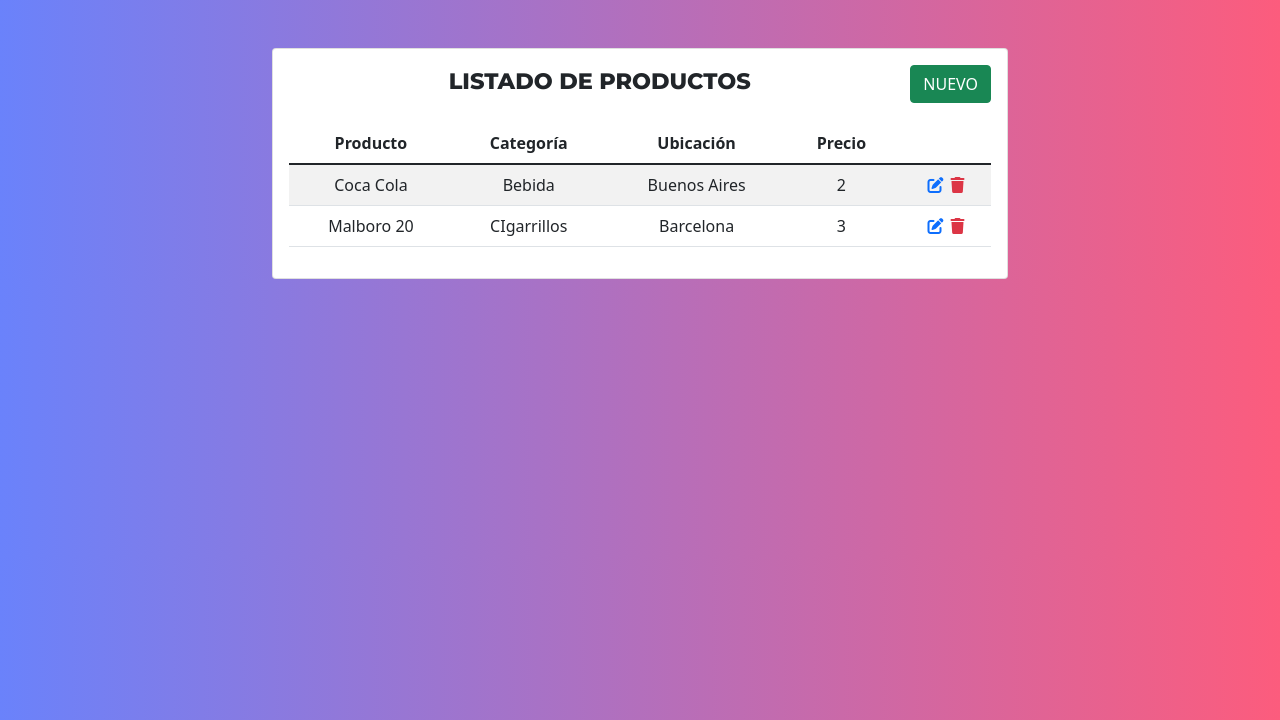
Repository: vivianaleivagalvez/crud_angular
Page: /
The author's editor kept a copy of each file at every save. The page is drawn from the files as they stood at one save, then again after the next save.
The browser window is 1280 px wide. The pictures show the whole page.
The project was rebuilt for these pictures with package versions that can differ from the ones it lists, and the page was loaded fresh each time. Also part of the build but not shown: angular.json.

Above is the page before, as saved 2022-01-27 12:15:44.

### src/index.html
<!doctype html>
<html lang="en">
<head>
  <meta charset="utf-8">
  <title>Cliente</title>
  <base href="/">

  <meta name="viewport" content="width=device-width, initial-scale=1">
  <link rel="icon" type="image/x-icon" href="favicon.ico">
  <link rel="stylesheet" href="https://cdnjs.cloudflare.com/ajax/libs/font-awesome/6.0.0-beta3/css/all.min.css">
  <link rel="preconnect" href="https://fonts.googleapis.com">
<link rel="preconnect" href="https://fonts.gstatic.com" crossorigin>
<link href="https://fonts.googleapis.com/css2?family=Montserrat:wght@800&display=swap" rel="stylesheet">
</head>
<body>
  <app-root></app-root>
</body>
</html>

### src/styles.css
/* You can add global styles to this file, and also import other style files */
body{
  background: #FC5C7D;  /* fallback for old browsers */
  background: -webkit-linear-gradient(to right, #6A82FB, #FC5C7D);  /* Chrome 10-25, Safari 5.1-6 */
  background: linear-gradient(to right, #6A82FB, #FC5C7D); /* W3C, IE 10+/ Edge, Firefox 16+, Chrome 26+, Opera 12+, Safari 7+ */
}

.titulo{
  font-size: 1.4rem;
  font-family: 'Montserrat', sans-serif;
}

### src/app/app.module.ts
import { BrowserModule } from '@angular/platform-browser';
import { NgModule } from '@angular/core';

import { ReactiveFormsModule } from '@angular/forms';
import { AppRoutingModule } from './app-routing.module';

//components
import { AppComponent } from './app.component';
import { CrearProductoComponent } from './components/crear-producto/crear-producto.component';
import { ListarProductosComponent } from './components/listar-productos/listar-productos.component';



@NgModule({
  declarations: [
    AppComponent,
    CrearProductoComponent,
    ListarProductosComponent
  ],
  imports: [
    BrowserModule,
    AppRoutingModule,
    ReactiveFormsModule
  ],
  providers: [],
  bootstrap: [AppComponent]
})
export class AppModule { }

### src/app/app-routing.module.ts
import { ListarProductosComponent } from './components/listar-productos/listar-productos.component';
import { CrearProductoComponent } from './components/crear-producto/crear-producto.component';
import { NgModule } from '@angular/core';
import { RouterModule, Routes } from '@angular/router';

const routes: Routes = [
  { path: '', component: ListarProductosComponent },
  { path: 'crear-producto', component: CrearProductoComponent },
  { path: 'editar-producto/:id', component: CrearProductoComponent },
  { path: '**', redirectTo: '', pathMatch: 'full' }
];

@NgModule({
  imports: [RouterModule.forRoot(routes)],
  exports: [RouterModule]
})
export class AppRoutingModule { }

### src/app/components/listar-productos/listar-productos.component.ts
import { Component, OnInit } from '@angular/core';

@Component({
  selector: 'app-listar-productos',
  templateUrl: './listar-productos.component.html',
  styleUrls: ['./listar-productos.component.css']
})
export class ListarProductosComponent implements OnInit {

  constructor() { }

  ngOnInit() {
  }

}

### src/app/components/listar-productos/listar-productos.component.html
<div class="container mt-5">
  <div class="row">
    <div class="col-lg-8 offset-lg-2">
      <div class="card">
        <div class="card-body text-center">
          <span class="titulo">LISTADO DE PRODUCTOS</span>
          <button class="btn btn-success float-end" routerLink="/crear-producto">NUEVO</button>
          <table class="table table-striped mt-4">
            <thead>
              <tr>
                <th scope="col">Producto</th>
                <th scope="col">Categoría</th>
                <th scope="col">Ubicación</th>
                <th scope="col">Precio</th>
                <th scope="col"></th>
              </tr>
            </thead>
            <tbody>
              <tr>
                <td>Coca Cola</td>
                <td>Bebida</td>
                <td>Buenos Aires</td>
                <td>2</td>
                <td>
                  <i class="fas fa-edit text-primary"></i>
                  <i class="fas fa-trash text-danger"></i>
                </td>
              </tr>
              <tr>
                <td>Malboro 20</td>
                <td>CIgarrillos</td>
                <td>Barcelona</td>
                <td>3</td>
                <td>
                  <i class="fas fa-edit text-primary"></i>
                  <i class="fas fa-trash text-danger"></i>
                </td>
              </tr>
              <tr>
            </tbody>
          </table>
        </div>
      </div>
    </div>
  </div>
</div>

### src/app/components/listar-productos/listar-productos.component.css
.fas {
 cursor: pointer;
 margin-left: 7px;
}

### src/app/components/crear-producto/crear-producto.component.ts
import { Component, OnInit } from '@angular/core';
import { FormGroup, FormBuilder, Validators } from '@angular/forms';
import { Router } from '@angular/router';
import { Producto } from 'src/app/models/producto'


@Component({
  selector: 'app-crear-producto',
  templateUrl: './crear-producto.component.html',
  styleUrls: ['./crear-producto.component.css']
})
export class CrearProductoComponent implements OnInit {
 productoForm: FormGroup;

  constructor(private fb: FormBuilder, private router: Router) {
    this.productoForm = this.fb.group({
      producto: ['', Validators.required],
      categoria: ['', Validators.required],
      ubicacion: ['', Validators.required],
      precio: ['', Validators.required],
    })

   }

  ngOnInit() {
  }

  agregarProducto(){
    console.log(this.productoForm)

    console.log(this.productoForm.get('producto').value);

    const PRODUCTO: Producto = {
      nombre: this.productoForm.get('producto').value,
      categoria: this.productoForm.get('categoria').value,
      ubicacion: this.productoForm.get('ubicacion').value,
      precio: this.productoForm.get('precio').value,
    }

    console.log(PRODUCTO);
    this.router.navigate(['/']);
  }

}

### src/app/components/crear-producto/crear-producto.component.html
<div class="container mt-5">
  <div class="row">
    <div class="col-lg-6 offset-lg-3">
      <div class="card">
        <div class="card-body text-center">
          <span class="titulo">CREAR PRODUCTO</span>
          <form class="mt-3" [formGroup]="productoForm" (ngSubmit)="agregarProducto()">
            <div class="mb-3">
              <input type="text" formControlName="producto"
               class="form-control form-control-lg" placeholder="Producto">
               <div class="text-danger"
               *ngIf="productoForm.get('producto')?.hasError('required') && productoForm.get('producto')?.touched">
                 <span>El nombre del producto <strong>es obligatorio</strong> </span>
               </div>
            </div>
            <div class="mb-3">
              <input type="text" formControlName="categoria"
              class="form-control form-control-lg" placeholder="Categoría">
              <div class="text-danger"
              *ngIf="productoForm.get('categoria')?.hasError('required') && productoForm.get('categoria')?.touched">
                <span>El nombre de la categoría <strong>es obligatorio</strong> </span>
              </div>
            </div>
            <div class="mb-3">
              <input type="text" formControlName="ubicacion"
              class="form-control form-control-lg" placeholder="Ubicación">
              <div class="text-danger"
              *ngIf="productoForm.get('ubicacion')?.hasError('required') && productoForm.get('ubicacion')?.touched">
                <span>El nombre de la ubicación <strong>es obligatorio</strong> </span>
              </div>
            </div>
            <div class="mb-3">
              <input type="number" formControlName="precio"
              class="form-control form-control-lg" placeholder="Precio">
              <div class="text-danger"
              *ngIf="productoForm.get('precio')?.hasError('required') && productoForm.get('precio')?.touched">
                <span>El nombre del precio <strong>es obligatorio</strong> </span>
              </div>
            </div>
            <div class="mb-3">
              <button routerLink="/" class="btn btn-secondary btn-lg float-start">VOLVER</button>
              <button type="submit" [disabled]="productoForm.invalid" class="btn btn-success float-end">ACEPTAR</button>
            </div>
          </form>
        </div>
      </div>
    </div>
  </div>
</div>

### src/app/components/crear-producto/crear-producto.component.css
.text-danger{
  text-align: start;
  margin-left: 7px;
}

Loaded but not shown: src/main.ts (common file); src/environments/environment.ts (common file); src/app/app.component.ts (common file); src/app/app.component.html (common file); src/app/app.component.css (no stored copy; drawn as an empty file)

After the next save:
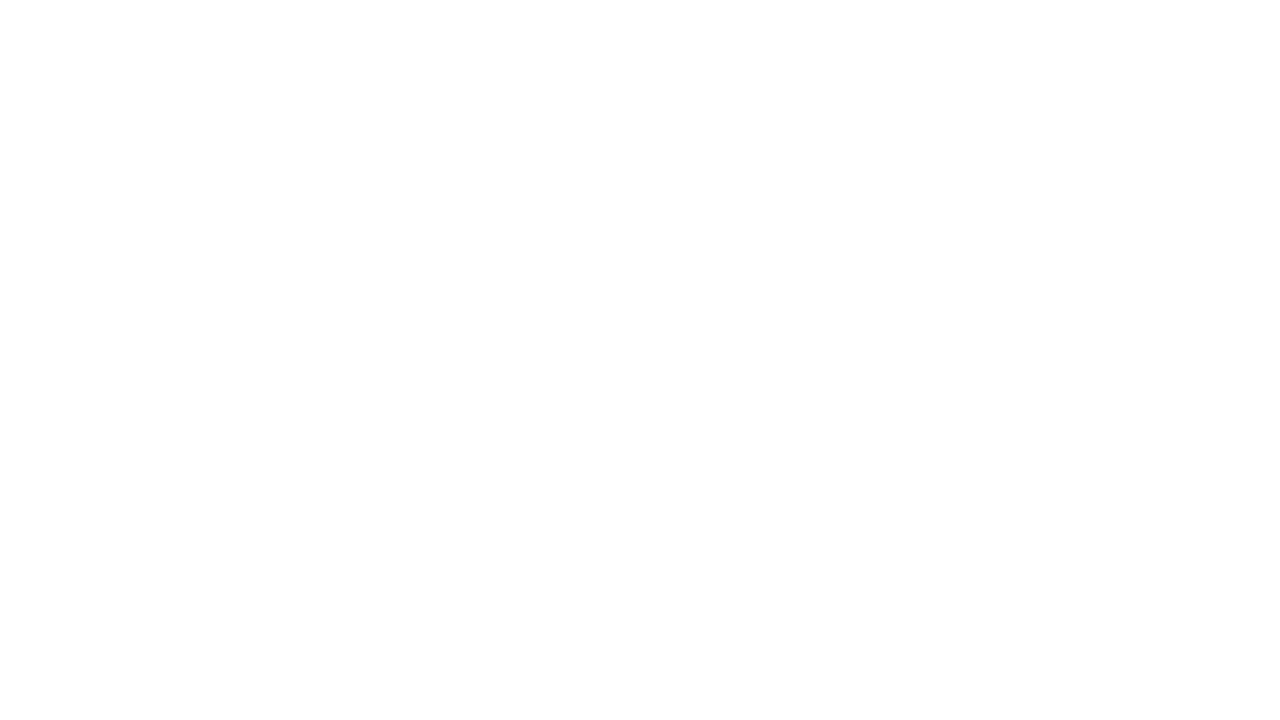
Saved 48 s later.
--- a/src/app/app.module.ts
+++ b/src/app/app.module.ts
@@ -3,6 +3,7 @@
 
 import { ReactiveFormsModule } from '@angular/forms';
 import { AppRoutingModule } from './app-routing.module';
+import { BrowserAnimationsModule } from '@angular/platform-browser/animations';
 
 //components
 import { AppComponent } from './app.component';
@@ -15,7 +16,8 @@
   declarations: [
     AppComponent,
     CrearProductoComponent,
-    ListarProductosComponent
+    ListarProductosComponent,
+    BrowserAnimationsModule
   ],
   imports: [
     BrowserModule,

After the save that followed:
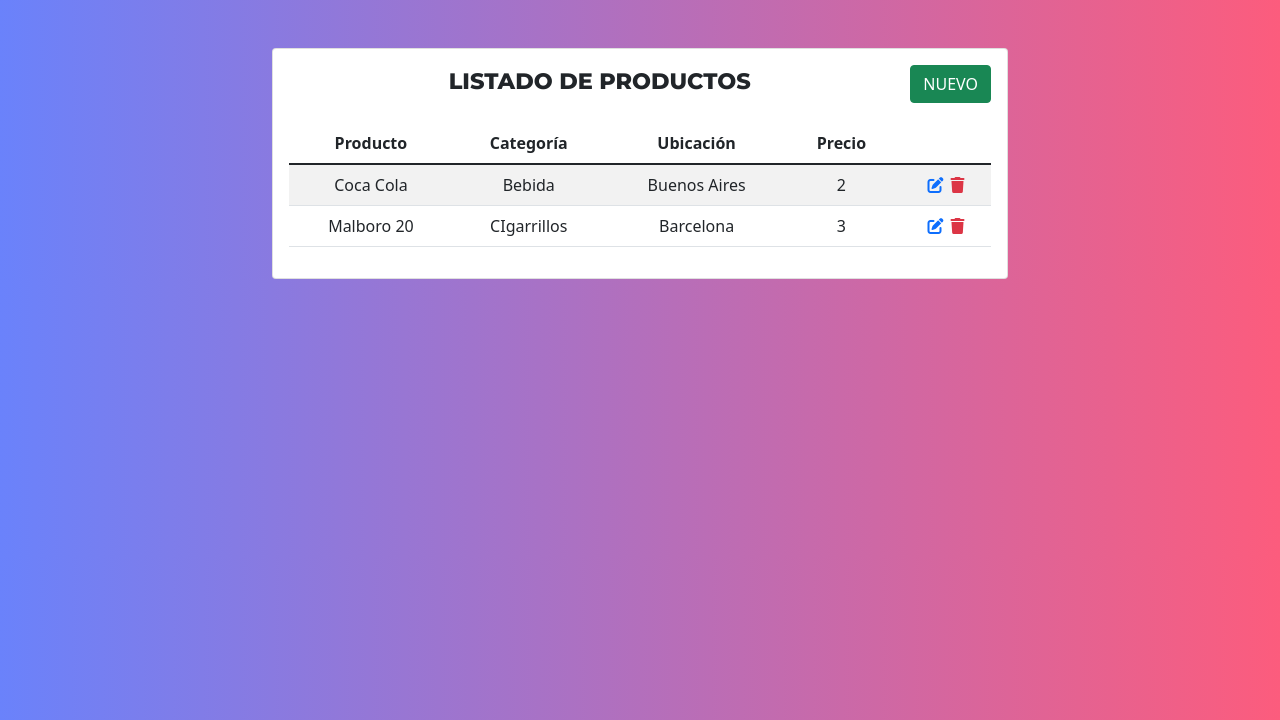
Saved 14 s later.
--- a/src/app/app.module.ts
+++ b/src/app/app.module.ts
@@ -16,13 +16,13 @@
   declarations: [
     AppComponent,
     CrearProductoComponent,
-    ListarProductosComponent,
-    BrowserAnimationsModule
+    ListarProductosComponent
   ],
   imports: [
     BrowserModule,
     AppRoutingModule,
-    ReactiveFormsModule
+    ReactiveFormsModule,
+    BrowserAnimationsModule
   ],
   providers: [],
   bootstrap: [AppComponent]
